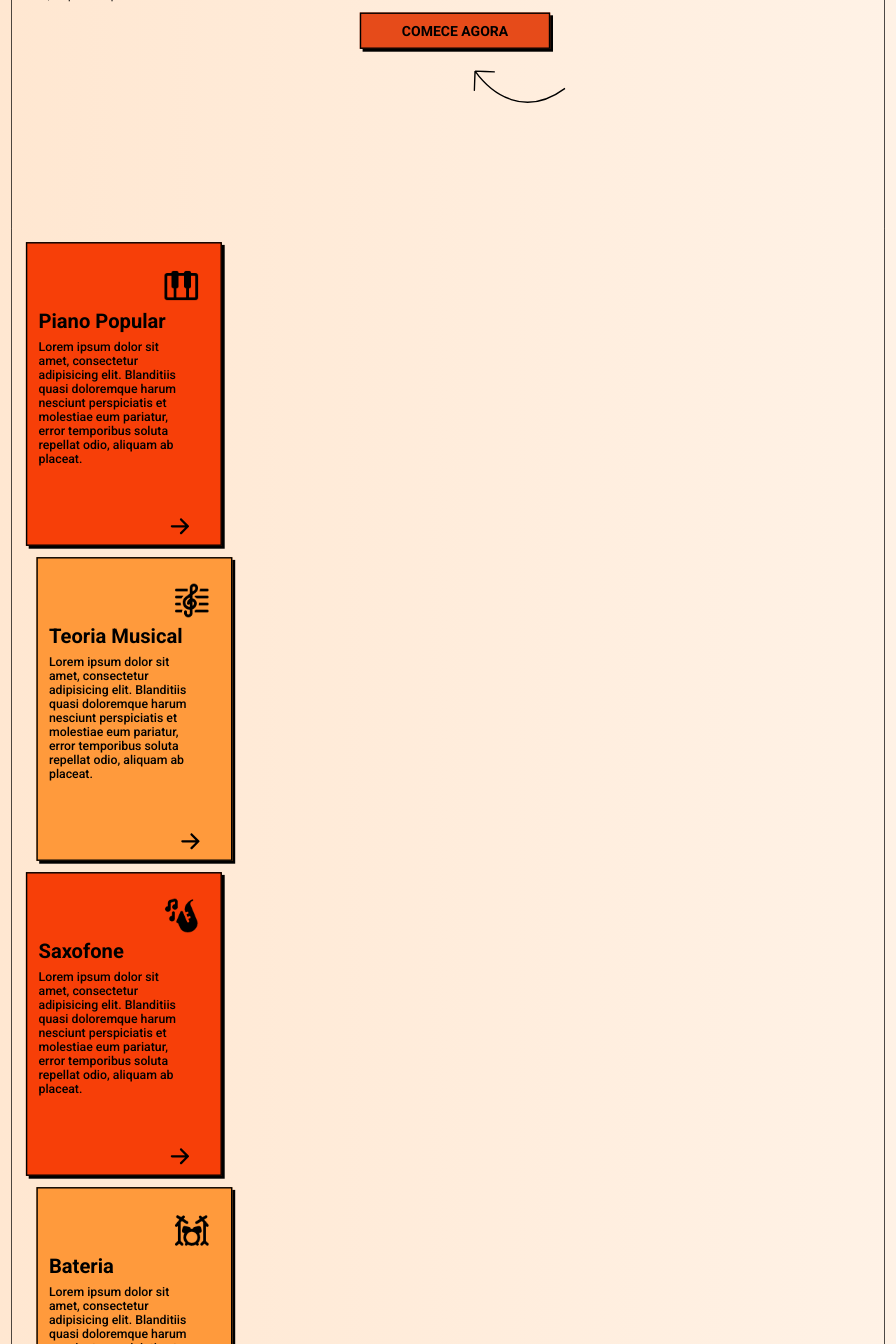
Repository: guilhermecardoso93/obebitecode
Page: index.html
The author's editor kept a copy of each file at every save. The page is drawn from the files as they stood at one save, then again after the next save.
The browser window is 1280 px wide. The pictures show the part of the page from y = 1147 to 3067 px (the page is 4302 px tall before and 4110 px after), at 70% of full size.

Above is the page before, as saved 2023-08-16 20:54:20.

After the next save:
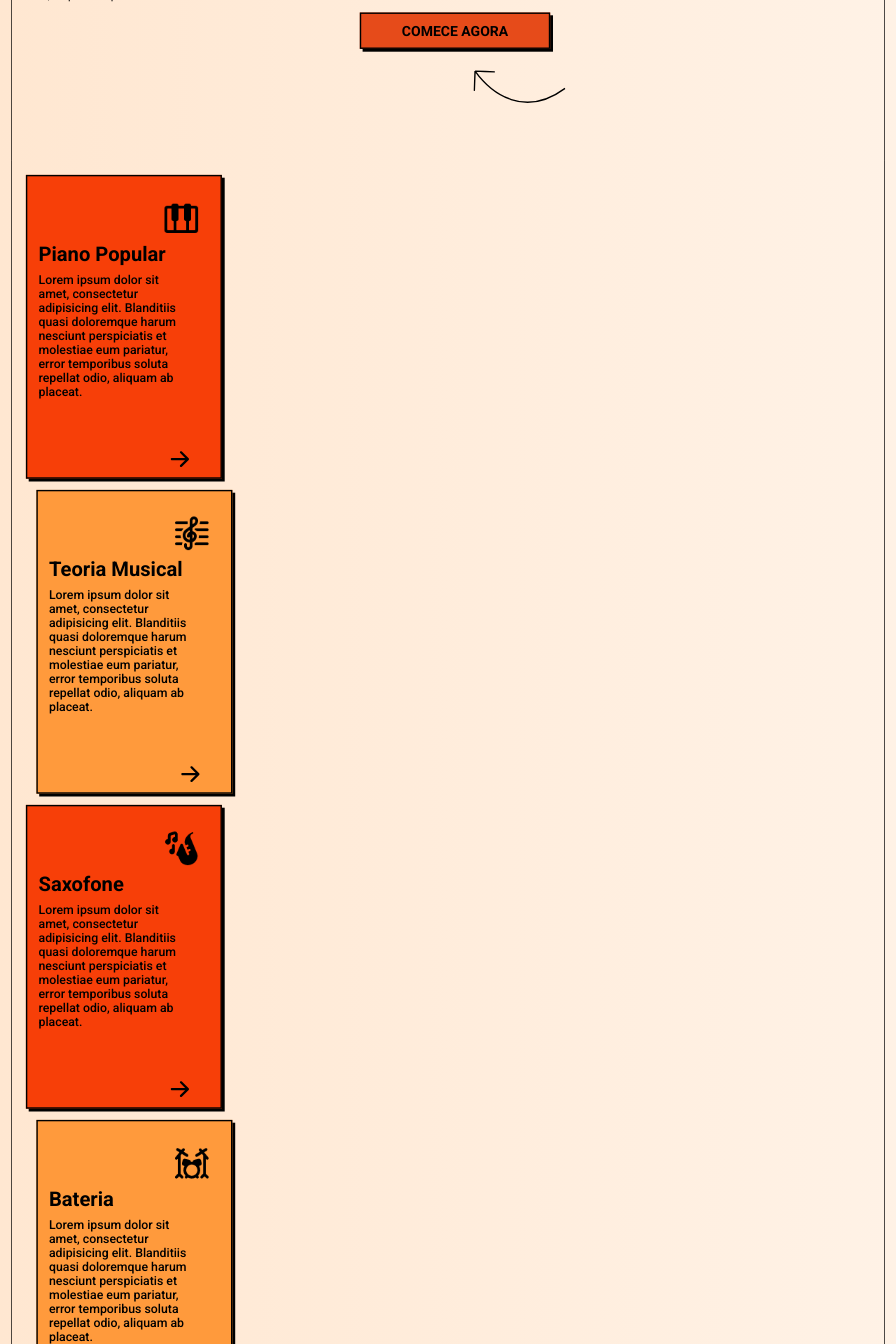
Saved 50 s later.
--- a/css/main.css
+++ b/css/main.css
@@ -1,6 +1,6 @@
 .hero-section {
   padding-right: 0;
-  padding-bottom: 16rem;
+  padding-bottom: 10rem;
 }
 
 .hero-section img {
